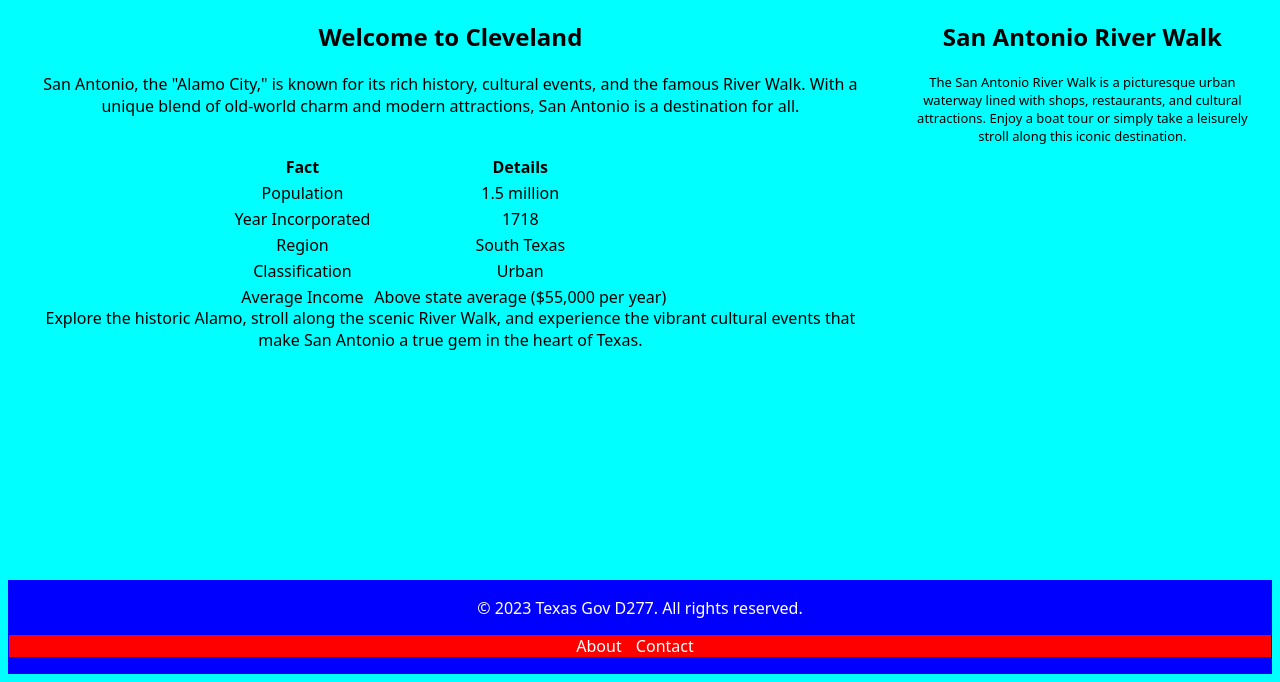
Repository: MikeeBuilds/FEWD-task1
Page: cleveland.html
An editor plug-in stored every save of this project. The page is shown before and after the next save, followed by the edit.
The browser window is 1280 px wide. The pictures show the part of the page from y = 523 to 1205 px (the page is 1205 px tall).
A picture or video elsewhere on the page could not be fetched, so the positions and the page height are approximate.

Above is the page before, as saved 2024-07-02 11:48:37.

### cleveland.html
<!DOCTYPE html>
<html lang="en">

<head>
    <title>Cleveland City of Champions </title>
    <link rel="stylesheet" href="style.css">
</head>

<body>

    <header>
        <h1>Cleveland</h1>
        <img src="images/san-antonio.jpg" alt="San Antonio Riverwalk">
        <h4>"The Rock and Roll Capitol of the world"</h4>
        <nav>
            <ul>
                <li><a href="index.html">Home</a></li>
                <li><a href="columbus.html">Columbus</a></li>
                <li><a href="cincinatti.html">Cincinatti</a></li>
                <li><a href="Cleveland.html">Dallas</a></li>
            </ul>
        </nav>
    </header>

    <section>
        <h2>Welcome to Cleveland</h2>
        <p>
            San Antonio, the "Alamo City," is known for its rich history, cultural events, and the famous River Walk.
            With a unique blend of old-world charm and modern attractions, San Antonio is a destination for all.
        </p>

        <table id="table">
            <tr>
                <th>Fact</th>
                <th>Details</th>
            </tr>
            <tr>
                <td>Population</td>
                <td>1.5 million</td>
            </tr>
            <tr>
                <td>Year Incorporated</td>
                <td>1718</td>
            </tr>
            <tr>
                <td>Region</td>
                <td>South Texas</td>
            </tr>
            <tr>
                <td>Classification</td>
                <td>Urban</td>
            </tr>
            <tr>
                <td>Average Income</td>
                <td>Above state average ($55,000 per year)</td>
            </tr>
        </table>

        <p>
            Explore the historic Alamo, stroll along the scenic River Walk, and experience the vibrant cultural events
            that make San Antonio a true gem in the heart of Texas.
        </p>
    </section>

    <aside>
        <h2>San Antonio River Walk</h2>
        <p class="asideparagraph">
            The San Antonio River Walk is a picturesque urban waterway lined with shops, restaurants, and cultural attractions.
            Enjoy a boat tour or simply take a leisurely stroll along this iconic destination.
        </p>
    </aside>

    <footer>
        <p>&copy; 2023 Texas Gov D277. All rights reserved.</p>
        <nav>
            <ul>
                <li><a href="about.html">About</a></li>
                <li><a href="contact.html">Contact</a></li>
            </ul>
        </nav>
    </footer>

</body>

</html>

### style.css
body {
    background-color: aqua;
    font-family:system-ui, -apple-system, BlinkMacSystemFont, 'Segoe UI', Roboto, Oxygen, Ubuntu, Cantarell, 'Open Sans', 'Helvetica Neue', sans-serif;
}

header {
    clear: both;
    background-color: blue;
    color: white;
    padding: 1px;
    text-align: center;
}

nav {
    background-color: red;
    color: white;
}

nav ul {
    list-style: none;
    padding: 0;
}

nav ul li {
    display: inline-block;
    margin-right: 15px;
}

nav ul li a {
    text-decoration: none;
    color: white;
}

nav ul li a:hover {
    color: red;
    background-color: blue;
}

section {
    width: 70%;
    float: left;
    padding: 20px;
    box-sizing: border-box;
    text-align: center;
    height:600px;
    overflow-y: auto;
}


aside {
    width: 30%;
    float: left;
    padding: 20px;
    box-sizing: border-box;
    text-align: center;
    height: 600px;
    overflow-y: auto;
}

footer {
    clear: both;
    background-color: blue;
    color: white;
    padding: 1px;
    text-align: center;
}

footer nav ul {
    list-style: none;
}

footer nav ul li {
    display: inline-block;
    margin-right: 10px;
}

footer nav ul li a {
    text-decoration: none;
    color: white;
}

#table {
    position:relative;
    top: 20px;
    margin: 0px auto;
}

.asideparagraph {
   font-size: small;
}

.absolute-note {
    position: absolute;
    top: 10px;
    left: 10px;
    background-color: yellow;
    padding: 5px;
    border: 1px solid black;
}

main {
    width: 70%;
    margin: 0 auto;
    text-align: center;
}

After the next save:
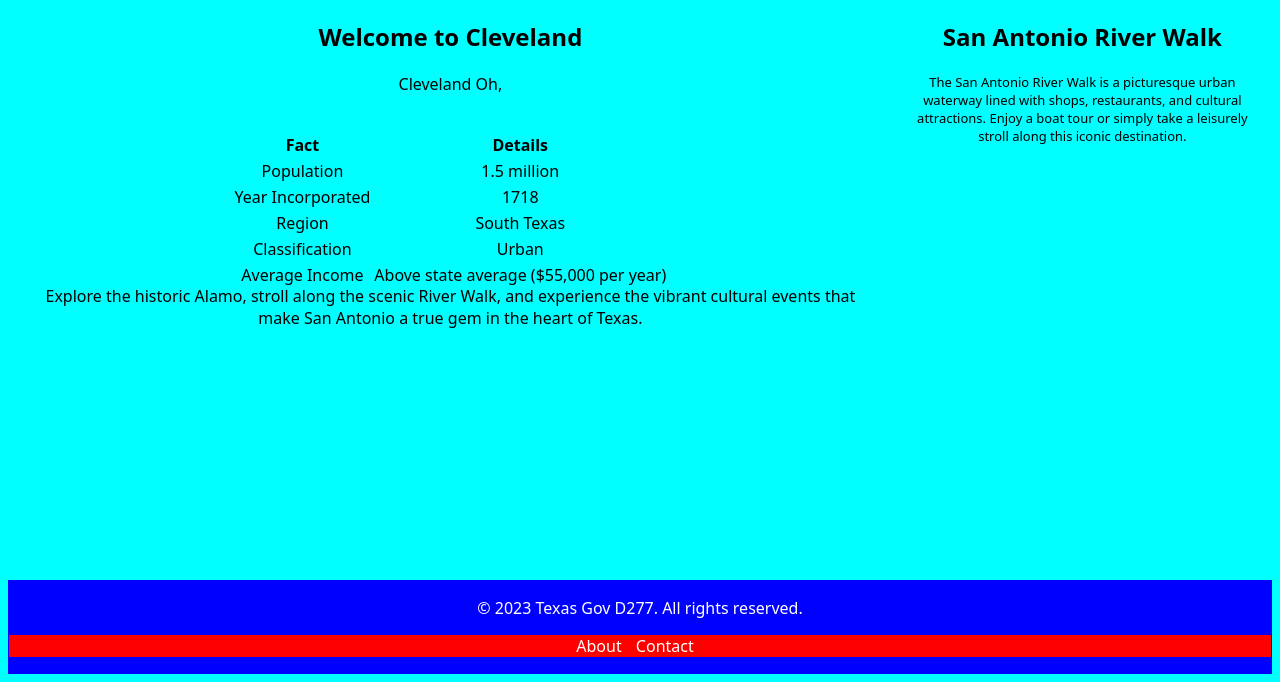
Saved 12 s later.
--- a/cleveland.html
+++ b/cleveland.html
@@ -25,8 +25,7 @@
     <section>
         <h2>Welcome to Cleveland</h2>
         <p>
-            San Antonio, the "Alamo City," is known for its rich history, cultural events, and the famous River Walk.
-            With a unique blend of old-world charm and modern attractions, San Antonio is a destination for all.
+            Cleveland Oh,
         </p>
 
         <table id="table">
